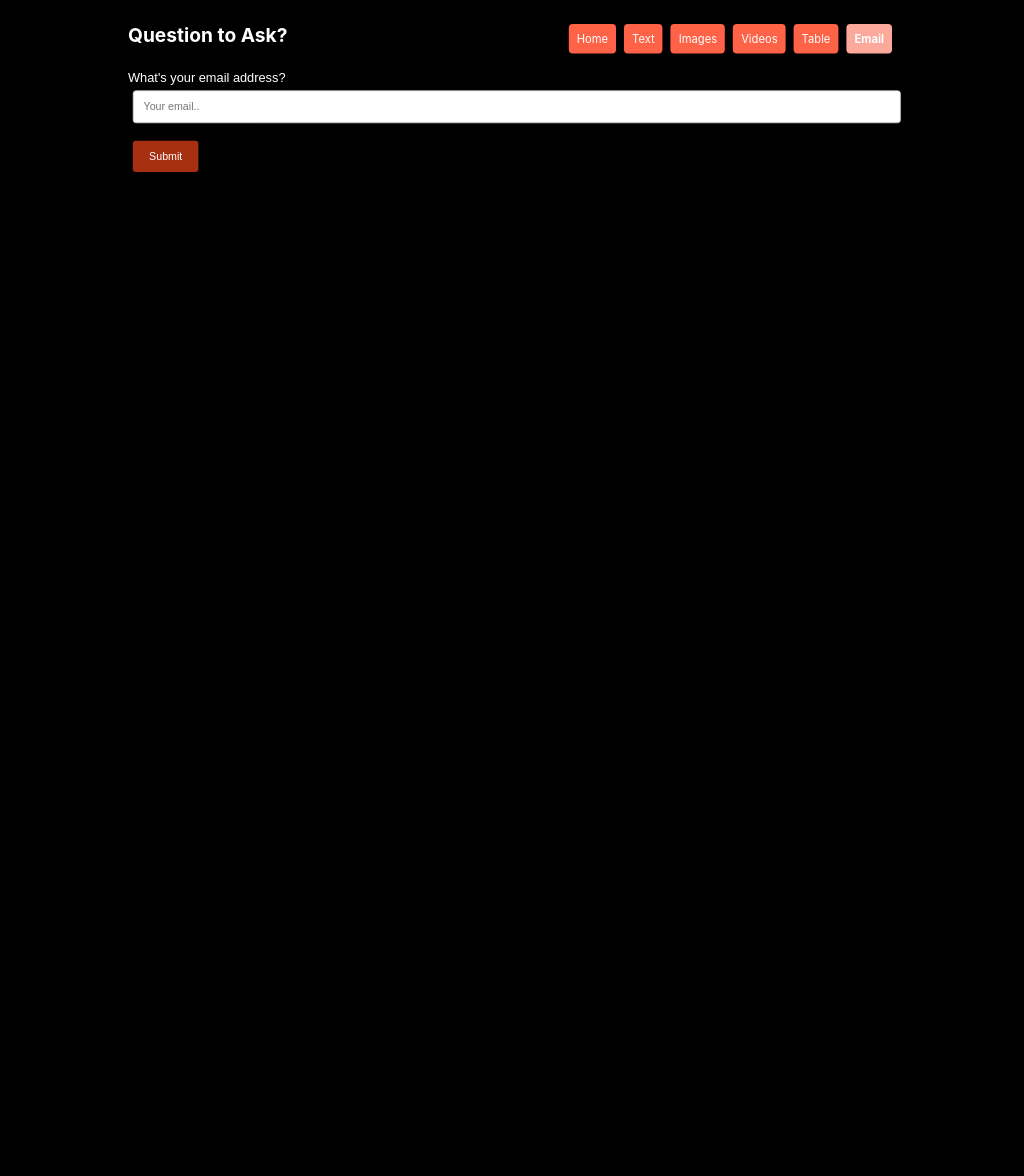
Repository: luhan68/personal_website
Page: email.html
An editor plug-in stored every save of this project. The page is shown before and after the next save, followed by the edit.
The browser window is 1280 px wide. The pictures show the whole page, at 80% of full size.

Above is the page before, as saved 2021-01-30 22:58:25.

### email.html
<div class="container">
    <link href='style.css' rel='stylesheet' type='text/css'>
    <div class="nav">
        <div class="nav-bar">
            <ul>
                <li><a href="index.html">Home</a></li>
                <li><a href="text.html">Text</a></li>
                <li><a href="image.html">Images</a></li>
                <li><a href="video.html">Videos</a></li>
                <li><a href="table.html">Table</a></li>
                <li class="active-page"><a href="email.html">Email</a></li>
            </ul>

        </div>
    </div>

    <h2 class="title">Question to Ask?</h2>
            <form>

              <label for="fname">What's your email address?</label>
              <input type="text" id="fname" name="firstname" placeholder="Your email..">
              <input type="submit" value="Submit">

            </form>

          <button class="scrollToTopBtn">☝️</button>
          <script type="text/javascript" src="script.js"></script>
</div>

### style.css
* {
    margin: 0;
    padding: 0;
}

body  {
    background-color: black;
    color: white;
    font-family: -apple-system, BlinkMacSystemFont, 'Segoe UI', Roboto, Oxygen, Ubuntu, Cantarell, 'Open Sans', 'Helvetica Neue', sans-serif;
}

.container {
    width: 75vw;
    margin: 0 auto;
	margin-top: 10px;
	height: 200vmin
}

.scrollToTopBtn {
	background-color: white;
	border: none;
	border-radius: 50%;
	color: white;
	cursor: pointer;
	font-size: 16px;
	line-height: 48px;
	width: 48px;

	/* place it at the bottom right corner */
	position: fixed;
	bottom: 30px;
	right: 30px;
	/* keep it at the top of everything else */
	z-index: 100;
	/* hide with opacity */
	opacity: 0;
	/* also add a translate effect */
	transform: translateY(100px);
	/* and a transition */
	transition: all .5s ease
  }

  .showBtn {
	opacity: 1;
	transform: translateY(0)
  }

.nav {
    width: 100%;
}

.logo {
    float: left;
    width: 120px;
  margin: 0;
  padding: 0;
}

.nav-bar {
    float: right;
}

.nav-bar ul li {
    float: left;
    list-style-type: none;
    padding: 10px;
    margin: 0 5px;
    background-color: tomato;
    font-size: 14px;
    border-radius: 5px;

    transition: all 0.5s ease-out;
}

.nav-bar ul li:hover {
    background-color: wheat;
}

.nav .active-page {
	font-weight: bold;
	background-color:rgb(250, 169, 154);
  }

a {
    color: white;
    text-decoration: none;
}


.title {
text-align: left;
margin: 30px 0;
}

.myVideo {
text-align: center;
}

.myVideo iframe {
margin: 20px 20px;
}

.fb-like {
margin-bottom: 30px;
}

.footer {
width: 100%;
background-color: #333;
text-align: center;
padding: 20px 0;
margin-top: 50px;
}


input[type=text], select, textarea {
    width: 100%; /* Full width */
    padding: 12px; /* Some padding */
    border: 1px solid #ccc; /* Gray border */
    border-radius: 4px; /* Rounded borders */
    box-sizing: border-box; /* Make sure that padding and width stays in place */
    margin-top: 6px; /* Add a top margin */
    margin-bottom: 16px; /* Bottom margin */
    resize: vertical /* Allow the user to vertically resize the textarea (not horizontally) */
  }

  input[type=submit] {
    background-color: #a73012;
    color: white;
    padding: 12px 20px;
    border: none;
    border-radius: 4px;
    cursor: pointer;
  }

  input[type=submit]:hover {
    background-color: #d10c0c;
  }


  .myGallery {
    display: grid;
    grid-gap: 20px;
    grid-template-columns: repeat(auto-fit, minmax(175px, 1fr));
  }

  .myGallery img {
    width: 100%;
  }


table {
    font-family: Arial, Helvetica, sans-serif;
    border-collapse: collapse;
    width: 100%;
  }

table td, table th {
    border: 1px solid rgb(34, 33, 33);
    padding: 8px;
  }

table tr:nth-child(even){background-color: #110f0f;}

table tr:hover {background-color: rgb(46, 43, 43);}

table th {
    padding-top: 12px;
    padding-bottom: 12px;
    text-align: left;
    background-color: #350901;
    color: white;
  }


  p,
label {
    font: 1rem 'Fira Sans', sans-serif;
}

input {
    margin: .4rem;
}


/* I refer to Paul's cool animation design on codepen and fix a few display width bugs: https://codepen.io/paulvddool/pen/yYeeVE */

#animation {
	display: block;
	margin: 20% auto;
	height: 80px;
	width: auto;
}
@media screen and (max-width: 1080px) {
	#animation {
		box-sizing: border-box;
		-moz-box-sizing: border-box;
		padding: 0px;
		width: 100%;
	}
}
@keyframes animateOnce {
	0% { transform: translateY(80px); -webkit-transform: translateY(80px); -moz-transform: translateY(80px); }
	100% { transform: translateY(0px); -webkit-transform: translateY(0px); -moz-transform: translateY(0px); }
}
@-webkit-keyframes animateOnce {
	0% { transform: translateY(80px); -webkit-transform: translateY(80px); -moz-transform: translateY(80px); }
	100% { transform: translateY(0px); -webkit-transform: translateY(0px); -moz-transform: translateY(0px); }
}
#text {
	width: 350px;
	height: 80px;
	float: left;
	overflow: hidden;
}
#text h1 {
	animation: animateOnce 0.2s;
	-webkit-animation: animateOnce 0.2s;
}
@keyframes animateFirst {
	0% { transform: translateY(80px); -webkit-transform: translateY(80px); -moz-transform:translateY(80px); }
	1% { transform: translateY(0px); -webkit-transform: translateY(0px); -moz-transform:translateY(0px); }
	14% { transform: translateY(0px); -webkit-transform: translateY(0px); -moz-transform:translateY(0px); }
	15% { transform: translateY(-80px); -webkit-transform: translateY(-80px); -moz-transform:translateY(-80px); }
	70% { transform: translateY(-80px); -webkit-transform: translateY(-80px); -moz-transform:translateY(-80px); }
	71% { transform: translateY(-160px); -webkit-transform: translateY(-160px); -moz-transform:translateY(-160px); }
	99% { transform: translateY(-160px); -webkit-transform: translateY(-160px); -moz-transform:translateY(-160px); }
	100% { transform: translateY(-240px); -webkit-transform: translateY(-240px); -moz-transform:translateY(-240px); }
}
@-webkit-keyframes animateFirst {
	0% { transform: translateY(80px); -webkit-transform: translateY(80px); -moz-transform:translateY(80px); }
	1% { transform: translateY(0px); -webkit-transform: translateY(0px); -moz-transform:translateY(0px); }
	14% { transform: translateY(0px); -webkit-transform: translateY(0px); -moz-transform:translateY(0px); }
	15% { transform: translateY(-80px); -webkit-transform: translateY(-80px); -moz-transform:translateY(-80px); }
	70% { transform: translateY(-80px); -webkit-transform: translateY(-80px); -moz-transform:translateY(-80px); }
	71% { transform: translateY(-160px); -webkit-transform: translateY(-160px); -moz-transform:translateY(-160px); }
	99% { transform: translateY(-160px); -webkit-transform: translateY(-160px); -moz-transform:translateY(-160px); }
	100% { transform: translateY(-240px); -webkit-transform: translateY(-240px); -moz-transform:translateY(-240px); }
}
@keyframes animateSecond {
	0% { transform: translateY(80px); -webkit-transform: translateY(80px); -moz-transform: translateY(80px); }
	14% { transform: translateY(80px); -webkit-transform: translateY(80px); -moz-transform: translateY(80px); }
	15% { transform: translateY(0px); -webkit-transform: translateY(0px); -moz-transform: translateY(0px); }
	29% { transform: translateY(0px); -webkit-transform: translateY(0px); -moz-transform: translateY(0px); }
	30% { transform: translateY(-80px); -webkit-transform: translateY(-80px); -moz-transform: translateY(-80px); }
	44% { transform: translateY(-80px); -webkit-transform: translateY(-80px); -moz-transform: translateY(-80px); }
	45% { transform: translateY(-160px); -webkit-transform: translateY(-160px); -moz-transform: translateY(-160px); }
	59% { transform: translateY(-160px); -webkit-transform: translateY(-160px); -moz-transform: translateY(-160px); }
	60% { transform: translateY(-240px); -webkit-transform: translateY(-240px); -moz-transform: translateY(-240px); }
	70% { transform: translateY(-240px); -webkit-transform: translateY(-240px); -moz-transform: translateY(-240px); }
	71% { transform: translateY(-320px); -webkit-transform: translateY(-320px); -moz-transform: translateY(-320px); }
	85% { transform: translateY(-320px); -webkit-transform: translateY(-320px); -moz-transform: translateY(-320px); }
	86% { transform: translateY(-400px); -webkit-transform: translateY(-400px); -moz-transform: translateY(-400px); }
	99% { transform: translateY(-400px); -webkit-transform: translateY(-400px); -moz-transform: translateY(-400px); }
	100% { transform: translateY(-480px); -webkit-transform: translateY(-480px); -moz-transform: translateY(-480px); }
}
@-webkit-keyframes animateSecond {
	0% { transform: translateY(80px); -webkit-transform: translateY(80px); -moz-transform: translateY(80px); }
	14% { transform: translateY(80px); -webkit-transform: translateY(80px); -moz-transform: translateY(80px); }
	15% { transform: translateY(0px); -webkit-transform: translateY(0px); -moz-transform: translateY(0px); }
	29% { transform: translateY(0px); -webkit-transform: translateY(0px); -moz-transform: translateY(0px); }
	30% { transform: translateY(-80px); -webkit-transform: translateY(-80px); -moz-transform: translateY(-80px); }
	44% { transform: translateY(-80px); -webkit-transform: translateY(-80px); -moz-transform: translateY(-80px); }
	45% { transform: translateY(-160px); -webkit-transform: translateY(-160px); -moz-transform: translateY(-160px); }
	59% { transform: translateY(-160px); -webkit-transform: translateY(-160px); -moz-transform: translateY(-160px); }
	60% { transform: translateY(-240px); -webkit-transform: translateY(-240px); -moz-transform: translateY(-240px); }
	70% { transform: translateY(-240px); -webkit-transform: translateY(-240px); -moz-transform: translateY(-240px); }
	71% { transform: translateY(-320px); -webkit-transform: translateY(-320px); -moz-transform: translateY(-320px); }
	85% { transform: translateY(-320px); -webkit-transform: translateY(-320px); -moz-transform: translateY(-320px); }
	86% { transform: translateY(-400px); -webkit-transform: translateY(-400px); -moz-transform: translateY(-400px); }
	99% { transform: translateY(-400px); -webkit-transform: translateY(-400px); -moz-transform: translateY(-400px); }
	100% { transform: translateY(-480px); -webkit-transform: translateY(-480px); -moz-transform: translateY(-480px); }
}
#first {
	height: 80px;
	float: left;
	margin-left: 10px;
	overflow: hidden;
}
#first ul {
	width: 230px;
	list-style: none;
	margin: 0;
	padding: 0;
	animation: animateFirst 21s infinite;
	-webkit-animation: animateFirst 21s infinite;
}

#second {
	height: 80px;
	float: left;
	margin-left: 10px;
	overflow: hidden;
}
#second ul {
	width: 300px;
	list-style: none;
	margin: 0;
	padding: 0;
	animation: animateSecond 21s infinite;
	-webkit-animation: animateSecond 21s infinite;
}

h1 {
	font-family: 'Roboto', 'Helvetica Neue', Helvetica, Arial;
	font-size: 60px;
	font-weight: 700;
	line-height: 80px;
	margin: 0px;
}
.gray {
	color: #404040;
}
.silver {
	color: #909090;
}
.lightgray {
	color: #BBB;
}
.lightergray {
	color: #DDD;
}

### script.js
var scrollToTopBtn = document.querySelector(".scrollToTopBtn")
var rootElement = document.documentElement

function handleScroll() {
  // Do something on scroll
  var scrollTotal = rootElement.scrollHeight - rootElement.clientHeight
  if ((rootElement.scrollTop / scrollTotal ) > 0.80) {
    // Show button
    scrollToTopBtn.classList.add("showBtn")
  } else {
    // Hide button
    scrollToTopBtn.classList.remove("showBtn")
  }
}

function scrollToTop() {
  // Scroll to top logic
  rootElement.scrollTo({
    top: 0,
    behavior: "smooth"
  })
}
scrollToTopBtn.addEventListener("click", scrollToTop)
document.addEventListener("scroll", handleScroll)


function ValidateEmail(inputText)
{
var mailformat = /^w+([.-]?w+)*@w+([.-]?w+)*(.w{2,3})+$/;
if(inputText.value.match(mailformat))
{
alert("You have entered a valid email address!");    //The pop up alert for a valid email address
document.form1.text1.focus();
return true;
}
else
{
alert("You have entered an invalid email address!");    //The pop up alert for an invalid email address
document.form1.text1.focus();
return false;
}
}

After the next save:
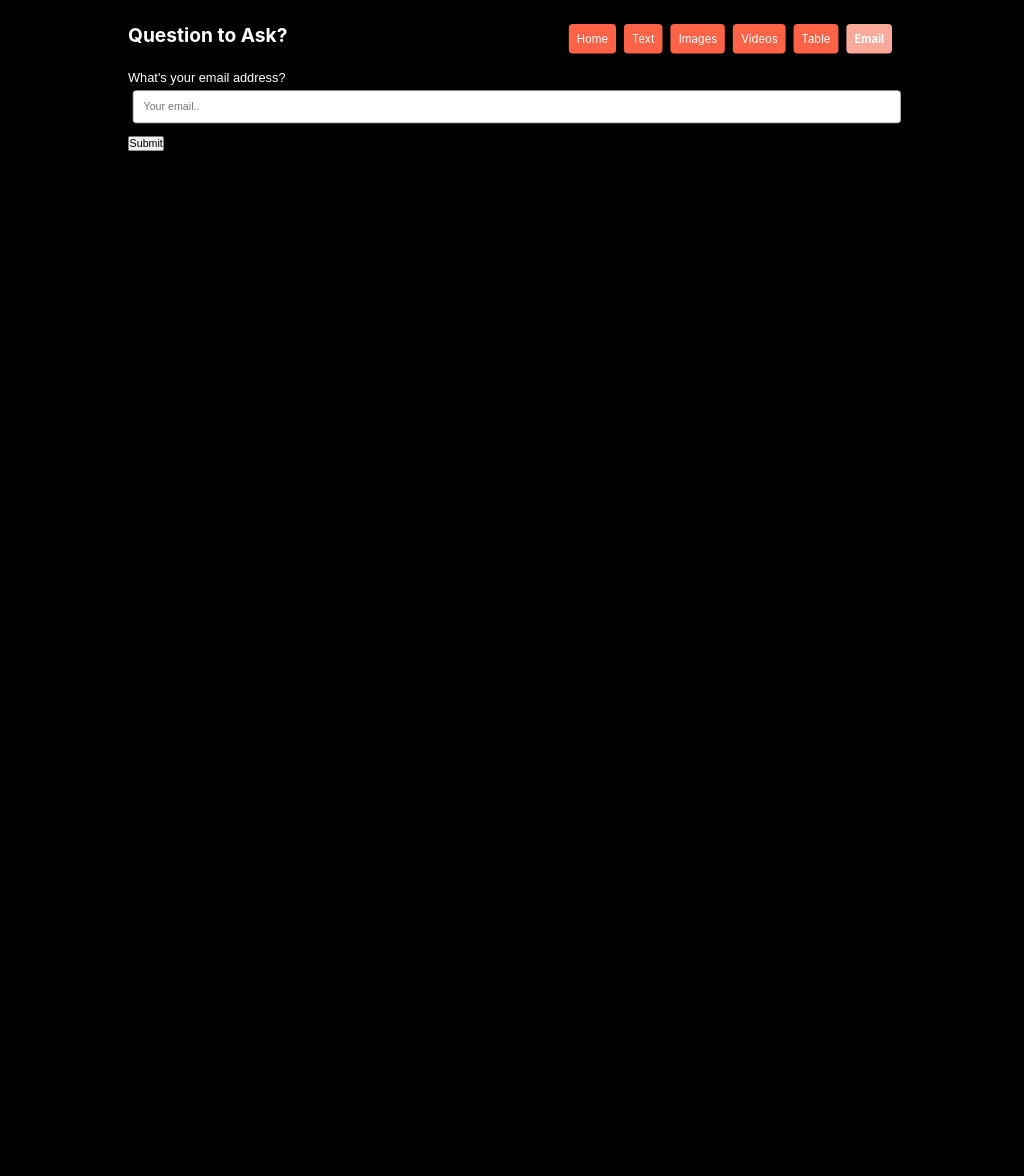
Saved 8 min 23 s later.
--- a/email.html
+++ b/email.html
@@ -19,7 +19,7 @@
 
               <label for="fname">What's your email address?</label>
               <input type="text" id="fname" name="firstname" placeholder="Your email..">
-              <input type="submit" value="Submit">
+              <button type="button" onclick="myFunction()">Submit</button>
 
             </form>
 
